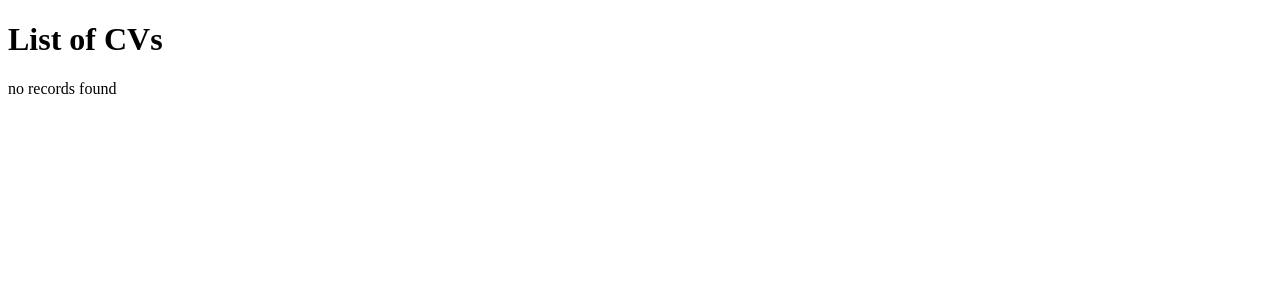
Repository: Arisha004/CV-generator
Page: http://localhost/list.php
An editor plug-in stored every save of this project. The page is shown before and after a run of saves, followed by the edit.
The browser window is 1280 px wide. The pictures show the whole page.
The page is run by PHP 8.4 with error messages shown; the project is at /var/www/html/. Queries for data that is not in the repository find no rows.

Above is the page before, as saved 2025-10-14 00:59:04.

After the next 3 saves:
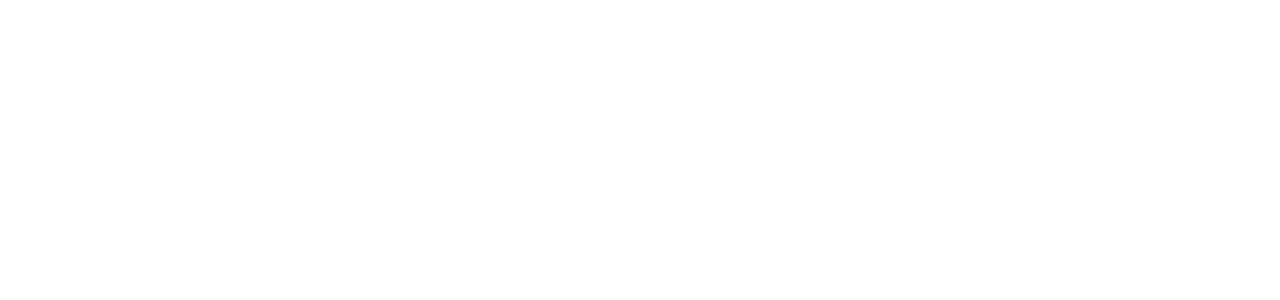
The 3 saves are shown as one change because they came seconds apart.
The last was saved 15 s later.
--- a/list.php
+++ b/list.php
@@ -11,6 +11,14 @@
     <meta charset="UTF-8">
     <meta name="viewport" content="width=device-width, initial-scale=1.0">
     <title>Document</title>
+    <style>
+        table, th, td{
+            border: 1px solid black;
+            border-collapse: collapse;
+        }
+        th, td{
+            padding: 10px;
+        }
 </head>
 <body>
     <h1>List of CVs</h1>

After the 3 saves that followed:
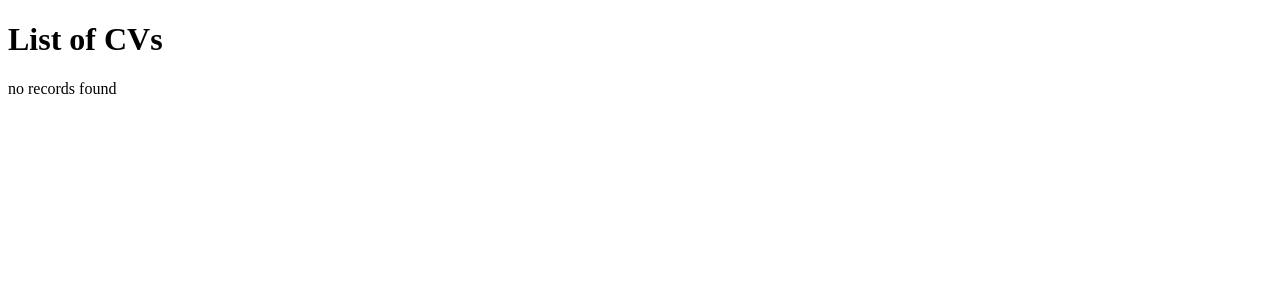
The 3 saves are shown as one change because they came seconds apart.
The last was saved 12 s later.
--- a/list.php
+++ b/list.php
@@ -19,6 +19,8 @@
         th, td{
             padding: 10px;
         }
+
+        </style>
 </head>
 <body>
     <h1>List of CVs</h1>
